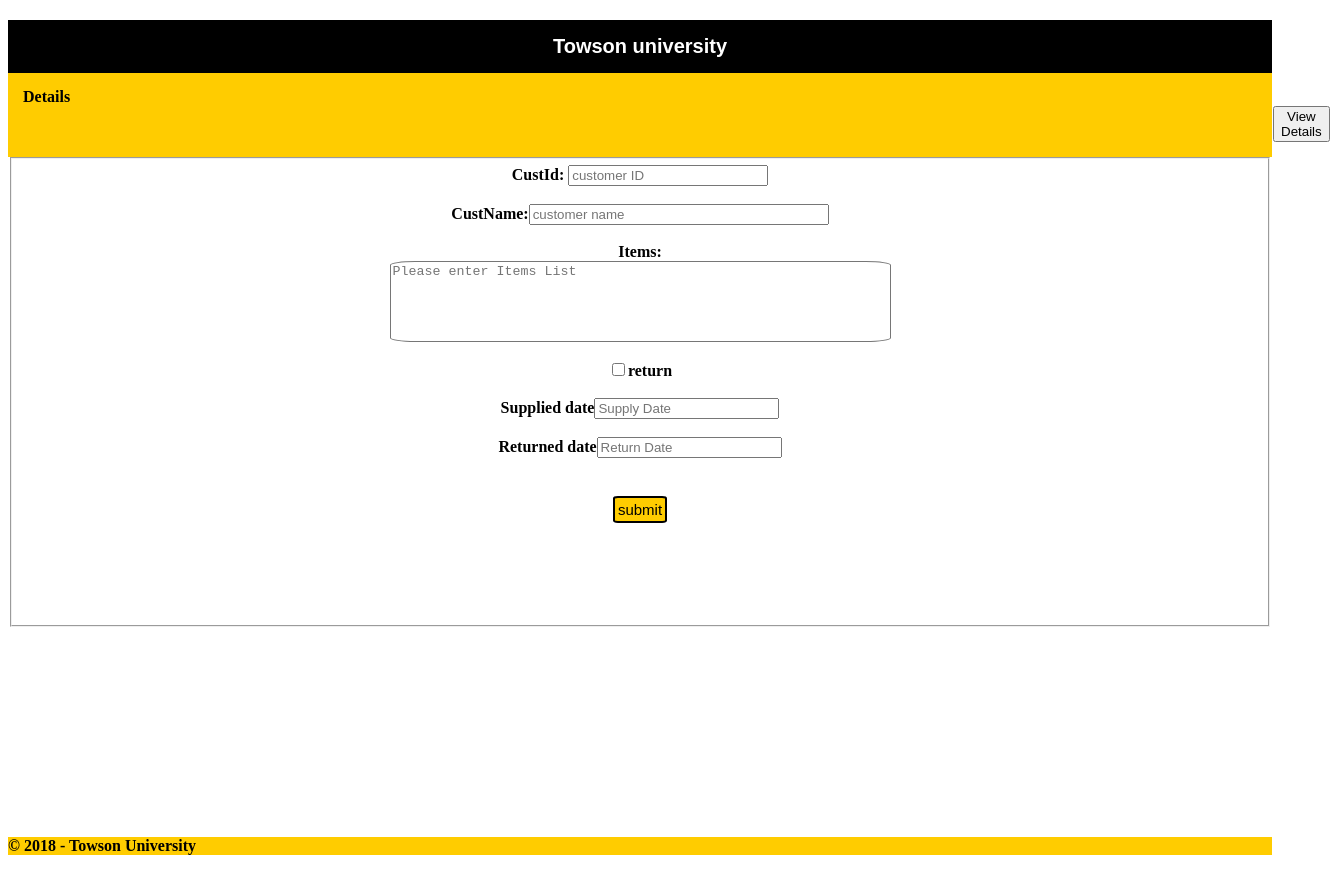
Repository: DatabaseCOSC578/eclipse-workspace11
Page: http://localhost/Supervisor/Supervisor.jsp
The author's editor kept a copy of each file at every save. The page is drawn from the files as they stood at one save, then again after the next save.
The browser window is 1280 px wide. The page is 1330 px wide, then 1280 px, so the pictures cover 1330 px, including what lies to the right of the window. The pictures show the whole page.
The page is served by Tomcat 9.

Above is the page before, as saved 2018-04-15 20:01:32.

After the next save:
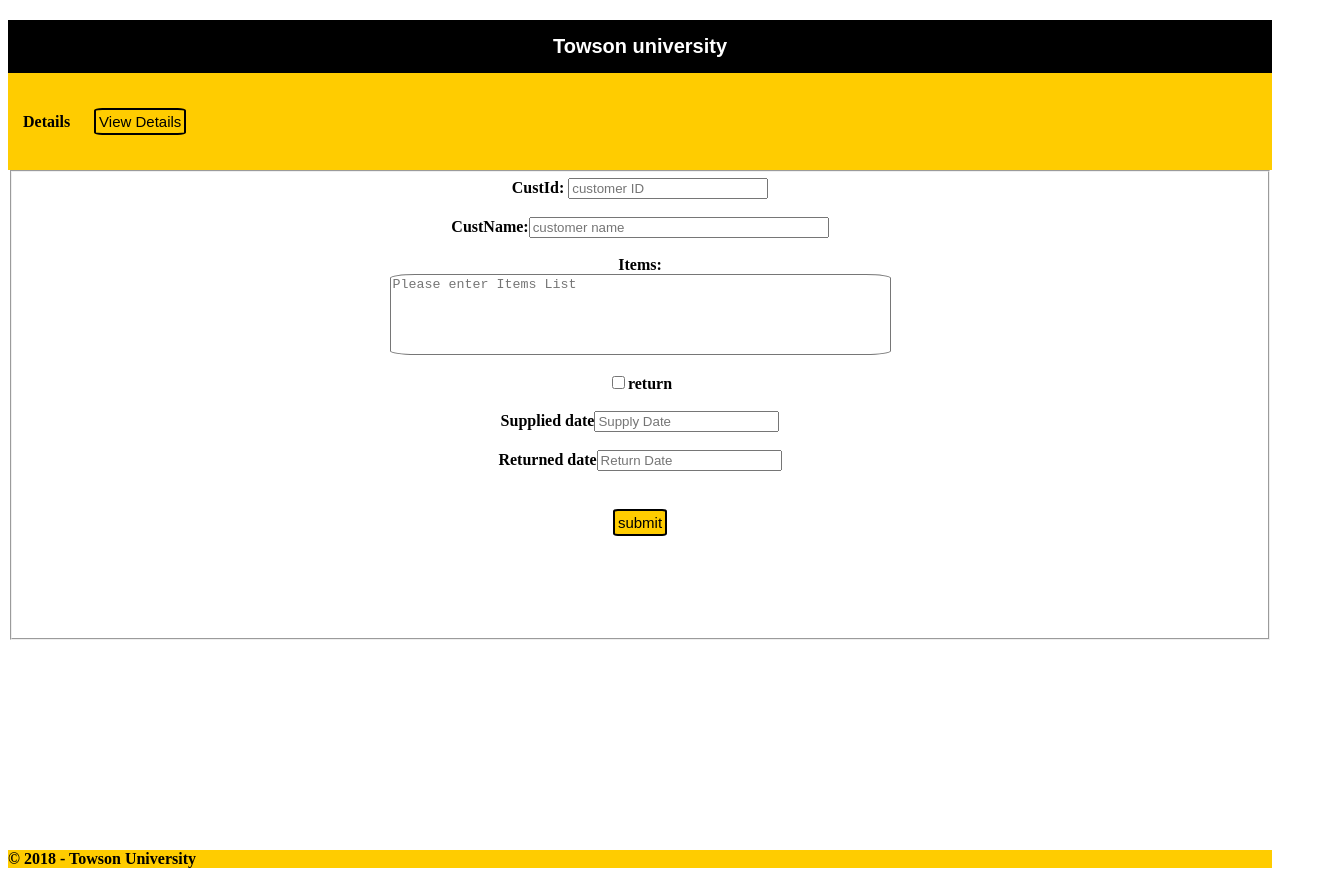
Saved 68 s later.
--- a/Supervisor/WebContent/css/layout1.css
+++ b/Supervisor/WebContent/css/layout1.css
@@ -57,7 +57,13 @@
 }
 
 #b1 {
-	margin-top: 0;
-	margin-left:1250;
-	margin-right:0;
+		align:center;
+	margin: 20px;
+	background-color: #fc0;
+	padding: 3;
+	text-align:center;
+	text-weight: 700;
+	border: solid 2px;
+	font-size: 15;
+	border-radius: 9%;
 }
